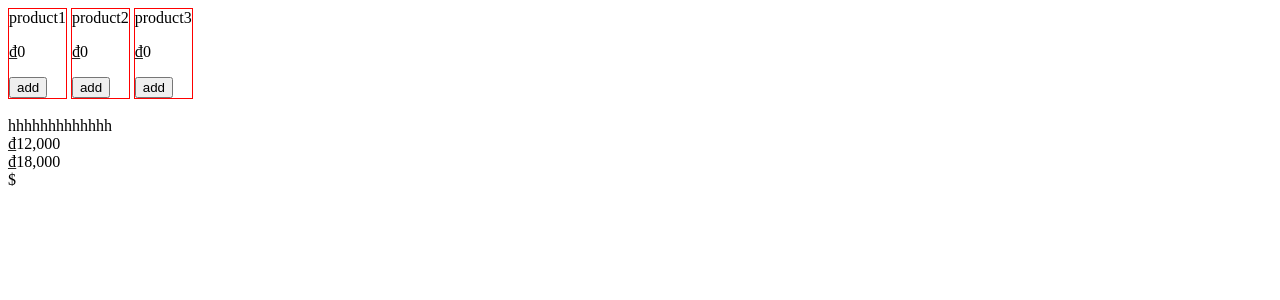
Repository: quynh232000/javascript-basic
Page: Lab5/demo.html
These files come from the project's save history. The page is drawn as it stood at one moment and after the next save; the edit follows.
The browser window is 1280 px wide. The pictures show the whole page.

Above is the page before, as saved 2023-07-27 22:52:06.

### Lab5/demo.html
<!DOCTYPE html>
<html lang="en">
  <head>
    <meta charset="UTF-8" />
    <meta name="viewport" content="width=device-width, initial-scale=1.0" />
    <title>Document</title>
  </head>
  <body>
    <div class="left">
      <div class="item" style="border: 1px solid red; display: inline-block">
        product1
        <div>
          <p class="price">10</p>
          <span><button class="btn">add</button></span>
        </div>
      </div>
      <div class="item" style="border: 1px solid red; display: inline-block">
        product2
        <div>
          <p class="price">10</p>

          <span><button class="btn">add</button></span>
        </div>
      </div>
      <div class="item" style="border: 1px solid red; display: inline-block">
        product3
        <div>
          <p class="price">10</p>

          <span><button class="btn">add</button></span>
        </div>
      </div>
    </div>
    <br />
    <div>hhhhhhhhhhhhh</div>
    <div class="test price" price="12000"></div>
    <div class="name price" price="18000"></div>
    <div class="right"></div>
    <div class="show">$</div>
    <script>
      let a = document.querySelector(".left");
      let b = document.querySelector(".right");
      let s = document.querySelector(".show");
      const btnEl = document.querySelectorAll(".left .btn");

      let total = 0;
      let btnDeletes = [];
      const VND = new Intl.NumberFormat("en-EN", {
        style: "currency",
        currency: "VND",
      });
      document.querySelectorAll(".price").forEach((item) => {
        item.textContent = VND.format(item.getAttribute("price"));
      });
      btnEl.forEach((element) => {
        element.addEventListener("click", () => {
          const elParent = element.closest(".item");
          elParent.onclick = () => {
            total += +elParent.querySelector(".price").textContent;
            s.textContent = total + "";
            let cloneNode = elParent.cloneNode(true);
            b.appendChild(cloneNode);
            cloneNode.querySelector(".btn").textContent = "delete";
            deleteDom();
          };
        });
      });

      const deleteDom = () => {
        const deleteEl = document.querySelectorAll(".right .btn");

        deleteEl.forEach((element) => {
          console.log(123, deleteEl);
          element.addEventListener("click", () => {
            const elParent = element.closest(".item");
            elParent.onclick = () => {
              total -= +elParent.querySelector(".price").textContent;
              s.textContent = total + "";
              b.removeChild(elParent);
            };
          });
        });
      };
    </script>
  </body>
</html>

After the next save:
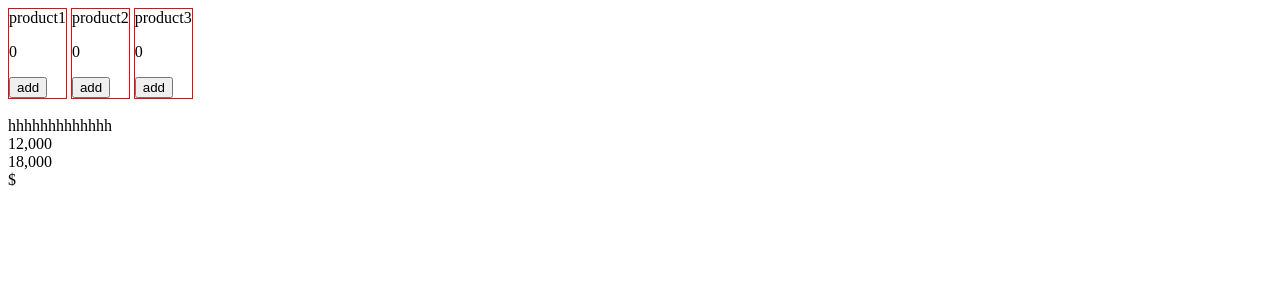
Saved 7 s later.
--- a/Lab5/demo.html
+++ b/Lab5/demo.html
@@ -45,7 +45,7 @@
 
       let total = 0;
       let btnDeletes = [];
-      const VND = new Intl.NumberFormat("en-EN", {
+      const VND = new Intl.NumberFormat({
         style: "currency",
         currency: "VND",
       });
